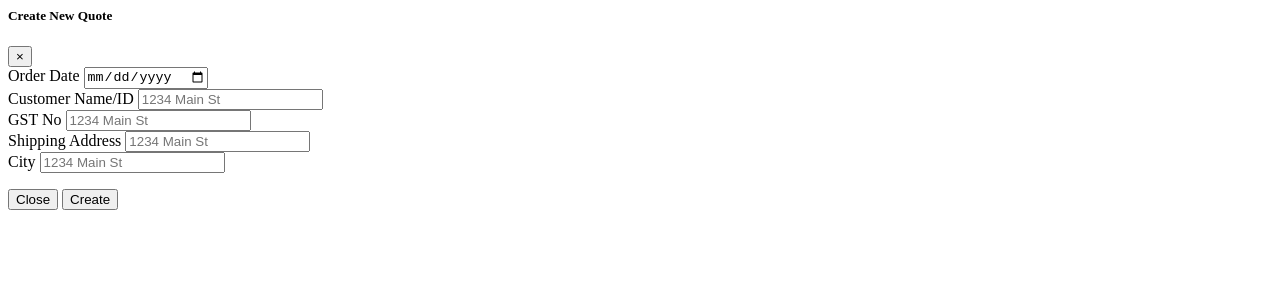
Repository: hrishibhattu/CodeFury-Internal-2
Page: ToYoDo/WebContent/WEB-INF/modal/quote.html
An editor plug-in stored every save of this project. The page is shown before and after the next save, followed by the edit.
The browser window is 1280 px wide. The pictures show the whole page.

Above is the page before, as saved 2021-09-19 06:29:49.

After the next save:
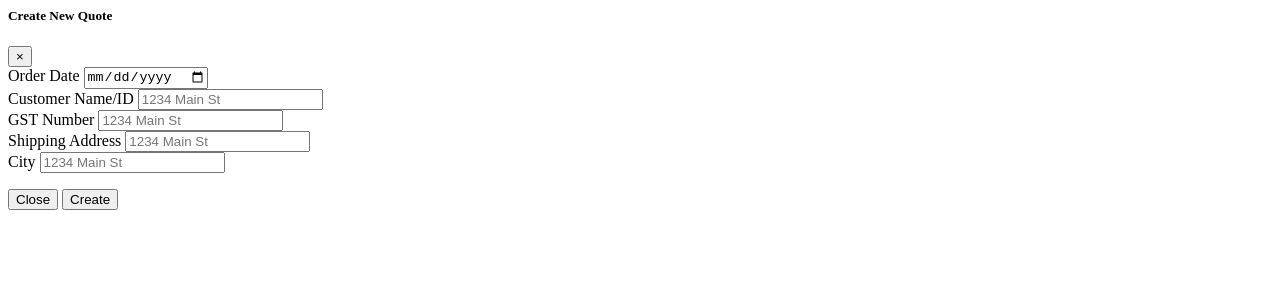
Saved 72 s later.
--- a/ToYoDo/WebContent/WEB-INF/modal/quote.html
+++ b/ToYoDo/WebContent/WEB-INF/modal/quote.html
@@ -16,20 +16,19 @@
 
 				<form>
 					<div class="form-row">
-						<div class="form-group col-md-6">
+						<div class="form-group col-md-4">
 							<label for="orderdate">Order Date</label> <input type="date"
 								class="form-control" id="inputEmail4">
 						</div>
-						<div class="form-group col-md-6">
+						<div class="form-group col-md-4">
 							<label for="customerNameID">Customer Name/ID</label> <input type="text"
 							class="form-control" id="inputAddress" placeholder="1234 Main St">
 						</div>
+						<div class="form-group col-md-4">
+							<label for="customerNameID">GST Number</label> <input type="text"
+							class="form-control" id="inputAddress" placeholder="1234 Main St">
+						</div>
 					</div>
-					<div class="form-group">
-						<label for="address">GST No</label> <input type="text"
-							class="form-control" id="inputAddress" placeholder="1234 Main St">
-					</div>
-
 					<div class="form-row">
 						<div class="form-group col-md-6">
 							<label for="customerNameID">Shipping Address</label> <input type="text"
